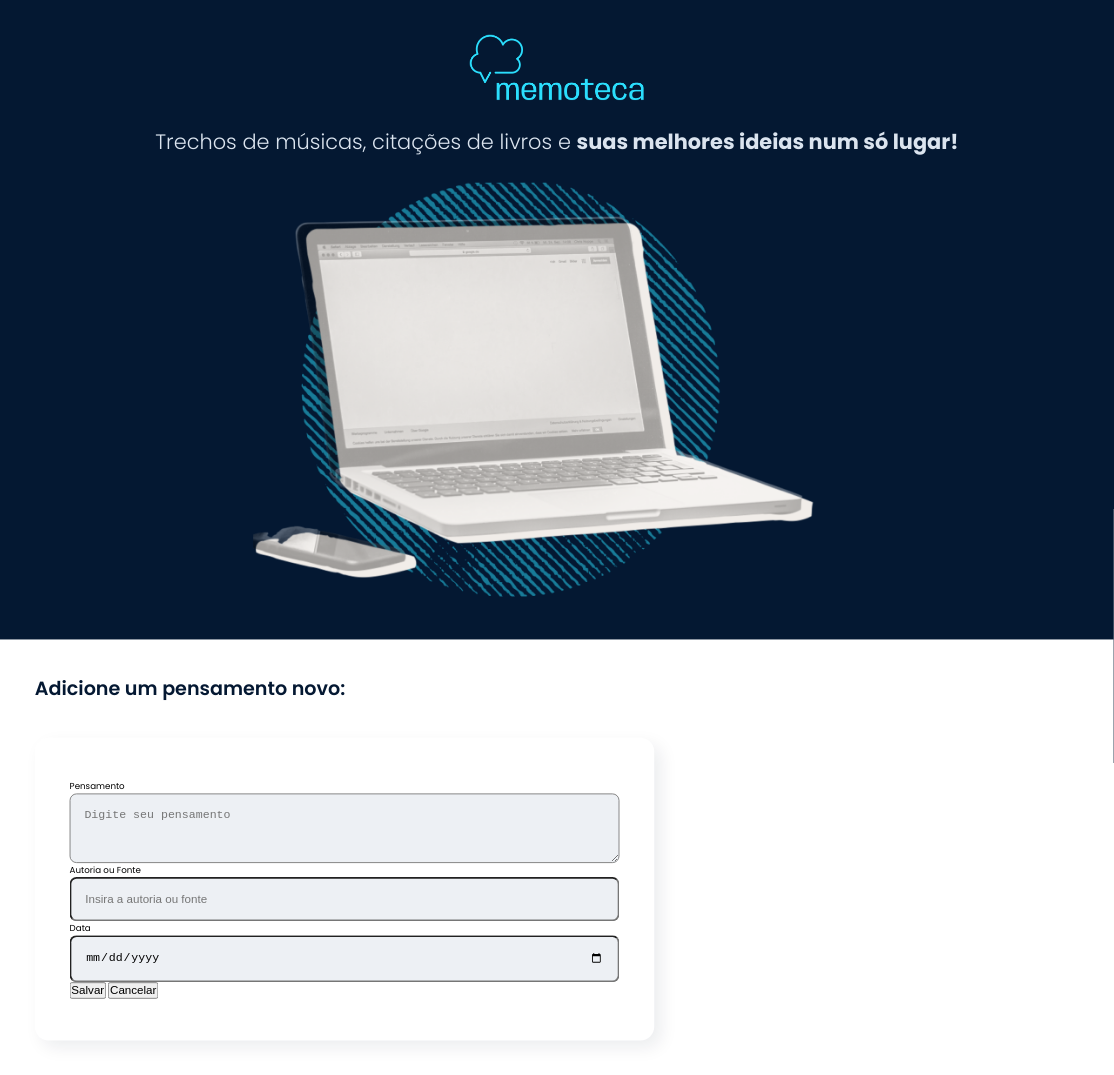
Repository: joaoPraiaJunior/crud_js
Page: index.html
These files come from the project's save history. The page is drawn as it stood at one moment and after the next save; the edit follows.
The browser window is 1280 px wide. The pictures show the whole page, at 87% of full size.

Above is the page before, as saved 2024-09-26 22:47:51.

### index.html
<!doctype html>
<html lang="pt-BR" dir="ltr">
	<head>
		<meta charset="UTF-8">
		<meta name="viewport" content="width=device-width, initial-scale=1">
		<title>CRUD de Pensamentos</title>
		<link rel="preconnect" href="https://fonts.googleapis.com">
		<link rel="preconnect" href="https://fonts.gstatic.com" crossorigin>
		<link href="https://fonts.googleapis.com/css2?family=Poppins:ital,wght@0,100;0,200;0,300;0,400;0,500;0,600;0,700;0,800;0,900;1,100;1,200;1,300;1,400;1,500;1,600;1,700;1,800;1,900&display=swap" rel="stylesheet">
		<link href="https://fonts.googleapis.com/css2?family=Roboto+Mono:ital,wght@0,100..700;1,100..700&display=swap" rel="stylesheet">
		<link rel="stylesheet" href="css/styles.css">
	</head>
	<body>
		<header class="cabecalho">
			<div class="logo">
				<img src="assets/imagens/logo.png" alt="Logo do CRUD meus pensamentos">
				<h1>
					Trechos de músicas,
					citações de livros e
					<strong>suas melhores ideias num só lugar!</strong>
				</h1>
			</div>
			<div class="imagem-cabecalho">
				<img src="assets/imagens/computador-cabecalho.png" aria-hidden="true" alt>
			</div>
		</header>
		<main class="background-overlay">
			<div class="overlay"></div>
			<div class="overlay overlay-color"></div>
			<section>
				<h2>Adicione um pensamento novo:</h2>
				<div id="form-container">
					<form id="pensamento-form" data-js="formulario">
						<input type="hidden" id="pensamento-id" name="id">
						<label for="pensamento-conteudo">Pensamento</label>
						<textarea id="pensamento-conteudo" name="conteudo" placeholder="Digite seu pensamento" minlength="10" maxlength="200" required></textarea>
						<label for="pensamento-autoria"> Autoria ou Fonte </label>
						<input type="text" id="pensamento-autoria" name="autoria" placeholder="Insira a autoria ou fonte" minlength="3" maxlength="15" required>
						<label for="pensamento-data">Data</label>
						<input type="date" name="data" id="pensamento-data" required>
						<div class="form-botoes">
							<button type="submit" id="botao-salvar">Salvar</button>
							<button type="reset" id="botao-cancelar" data-js="botao-resetar-formulario">Cancelar</button>
						</div>
					</form>
				</div>
			</section>
			<!-- <section id="lista-pensamentos-container">
				<h3>Meu Mural</h3>
                <div id="busca-container">
                    <label for="campo-busca">
                        <input type="search" name="busca" id="campo-busca" placeholder="O que você procura?" data-js="busca-pensamento">
                    </label>
                </div>
				<div id="mensagem-vazia" class="mensagem-vazia" data-js="mural-vazio">
					<img src="assets/imagens/lista-vazia.png" alt="Nenhum pensamento disponível">
					<p>Nada por aqui ainda, que tal compartilhar alguma ideia?</p>
				</div>
				<ul id="lista-pensamentos" data-js="lista-de-pensamentos"></ul>
			</section> -->
		</main>
		<!-- <footer>
			<p>&copy; 2024 Desenvolvido por Alura. Projeto fictício sem fins comerciais.</p>
		</footer>

		<script type="module" src="./js/main.js"></script> -->
	</body>
</html>

### css/styles.css
* {
	margin: 0;
	padding: 0;
	box-sizing: border-box;
}

html {
	font-size: 62.5%;
	scroll-behavior: smooth;
}

:root {
	--Baby-blue: #dbe4ef;
	--Azul-Dark: #041832;
	--Cinza-claro: #edf0f4;
	--Cinza-medio: #8f8f8f;
	--Cinza: #444;
	--font-primaria: 'Poppins', sans-serif;
	--font-secundaria: 'Roboto Mono', sans-serif;
}

body {
	font-family: var(--font-primaria);
}

h2,
h3 {
	color: var(--Azul-Dark, #041832);
	font-family: var(--font-primaria);
	font-size: 2.2rem;
	font-style: normal;
	font-weight: 600;
	line-height: normal;
}

header {
	display: flex;
	flex-direction: column;
	justify-content: center;
	align-items: center;
	gap: 3rem;
	background: var(--Azul-Dark, #041832);
	padding: 4rem;
}

.logo {
	display: flex;
	flex-direction: column;
	align-items: center;
	gap: 3rem;
}

.logo img {
	max-width: 20rem;
}

.logo h1 {
	color: var(--Baby-blue, #dbe4ef);
	font-family: var(--font-primaria);
	font-size: 2.4rem;
	font-weight: 300;
	line-height: 3.5rem;
	text-align: center;
}

.imagem-cabecalho img {
	max-width: 100%;
}

main {
	padding: 4rem;
}

#form-container {
	display: flex;
	flex-direction: column;
	align-items: center;
	justify-content: center;
	gap: 4rem;
	background: #fff;
	margin-top: 4rem;
	border-radius: 1.6rem;
	padding: 4.8rem 4rem;
	box-shadow: 8px 8px 20px 0px rgba(4, 24, 50, 0.08);
	width: 100%;
	max-width: 71.2rem;
}

#pensamento-form {
	display: flex;
	flex-direction: column;
	width: 100%;
}

#pensamento-conteudo,
#pensamento-autoria,
#pensamento-data {
	padding: 1.6rem;
	border-radius: 8px;
	background: var(--Cinza-claro, #edf0f4);
}

#pensamento-conteudo {
	min-height: 8rem;
}

#pensamento-data {
	cursor: pointer;
}

/* main {
	padding-top: 12rem;
	flex: 1;
	display: flex;
	flex-direction: column;
	align-items: center;
	position: relative;
	min-height: 280vh;
	box-sizing: border-box;
}

.overlay {
	position: absolute;
	top: 0;
	left: 0;
	width: 100%;
	height: 100%;
	background-image: url('/assets/imagens/background.png');
	background-size: cover;
	opacity: 0.5;
	z-index: -1;
}

.overlay-color {
	background-color: #f4f4f4;
}


.conteudo-cabecalho {
	display: flex;
	justify-content: center;
	gap: 3.2rem;
	align-items: center;
}

header .logo {
	display: flex;
	flex-direction: column;
	gap: 4.8rem;
}

header .logo img {
	max-width: 20rem;
}

header .logo h1 {
	color: var(--Baby-blue, #dbe4ef);
	font-family: var(--font-primaria);
	align-self: center;
	font-size: 5.2rem;
	font-weight: 300;
	line-height: 6.76rem;
}


footer {
	padding: 32px 360px;
	background: #041832;
	color: var(--Baby-blue, #dbe4ef);
	text-align: center;
	width: 100%;
	position: relative;
	left: 0;
}

h2,
h3 {
	color: var(--Azul-Dark, #041832);
	text-align: center;
	font-family: var(--font-primaria);
	font-size: 4.4rem;
	font-style: normal;
	font-weight: 600;
	line-height: normal;
}

#form-container {
	display: flex;
	padding: 4.8rem 4rem;
	flex-direction: column;
	align-items: center;
	gap: 4rem;
	align-self: center;
	justify-content: center;
	border-radius: 16px;
	position: relative;
	background: #fff;
	box-shadow: 8px 8px 20px 0px rgba(4, 24, 50, 0.08);
	width: 100%;
	max-width: 71.2rem;
	margin-top: 4rem;
}


#pensamento-form label {
	margin-bottom: 1.6rem;
	color: var(--Azul-Dark, #041832);
	font-family: var(--font-primaria);
	font-size: 2.2rem;
	font-style: normal;
	font-weight: 600;
	line-height: normal;
}

#pensamento-conteudo::placeholder,
#pensamento-autoria::placeholder {
	color: var(--Cinza-medio, #8f8f8f);
	font-family: var(--font-primaria);
	font-size: 1.6rem;
	font-style: normal;
	font-weight: 400;
	line-height: normal;
}

#pensamento-form textarea,
#pensamento-form input {
	margin-bottom: 2.4rem;
	outline: none;
	border-style: none;
	font-size: 2rem;
	font-family: var(--font-primaria);
}

.form-botoes {
	display: flex;
	justify-content: center;
	gap: 1rem;
	padding-top: 1.6rem;
}

#botao-salvar,
#botao-cancelar {
	padding: 0.8rem 3.2rem;
	border-radius: 3.2rem;
	color: var(--Baby-blue, #dbe4ef);
	font-family: var(--font-primaria);
	font-size: 22px;
	font-style: normal;
	font-weight: 600;
	line-height: normal;
	cursor: pointer;
}

#botao-salvar {
	background: var(--Azul-Dark, #041832);
	min-width: 16rem;
}

#botao-cancelar {
	color: var(--Azul-Dark, #041832);
}

#lista-pensamentos-container {
	width: 100%;
	max-width: 120rem;
	margin: 4rem 0;
}

#lista-pensamentos-container h3 {
	display: flex;
	justify-content: center;
	flex-direction: column;
	margin: 4rem 0;
}

#lista-pensamentos-container h3::before {
	content: '';
	display: inline-block;
	align-self: center;
	width: 18rem;
	height: 0.1rem;
	background: #041832;
	margin: 5.8rem 0 4rem;
}

#lista-pensamentos {
	display: flex;
	flex-wrap: wrap;
	justify-content: space-between;
	row-gap: 3.2rem;
	padding: 0;
	list-style: none;
}

/* .li-pensamento {
	position: relative;
	padding: 1.6rem;
	background: var(--Branco, #fff);
	box-shadow: 0.8rem 0.8rem 0rem 0rem #154580;
	flex: 1 1 calc(33.333% - 24px);
	max-width: calc(33.333% - 24px);
	min-width: 38.4rem;
	min-height: 31.5rem;
	display: flex;
	flex-direction: column;
	overflow-wrap: break-word;
	word-wrap: break-word;
	hyphens: auto;
} */

/* .li-pensamento {
	display: flex;
	flex-direction: column;
	flex: 1 1 calc(33.333% - 24px);
	gap: 1.2rem;
	position: relative;
	background: var(--Branco, #fff);
	box-shadow: 0.8rem 0.8rem 0rem 0rem #154580;
	max-width: calc(33.333% - 2.4rem);
	min-width: 38.4rem;
	min-height: 31.5rem;
	padding: 2.4rem;
}

.icone-aspas {
	width: 6.4rem;
	height: 5rem;
}

.pensamento-conteudo,
.pensamento-autoria,
.pensamento-data {
	color: var(--Cinza, #444);
	font-family: var(--font-secundaria);
	hyphens: auto;
}

.pensamento-conteudo {
	font-size: 1.6rem;
	font-weight: 400;
}

.pensamento-autoria {
	font-size: 1.6rem;
	font-weight: 600;
}

.pensamento-data {
	font-size: 1.2rem;
	font-weight: 500;
	margin-bottom: 4rem;
}

.icones {
	position: absolute;
	bottom: 0;
	align-self: flex-end;
}

.botao-editar,
.botao-excluir,
.botao-favoritar {
	background: none;
	border: none;
	cursor: pointer;
	padding: 0.8rem;
	margin-left: 0.8rem;
}

.botao-editar img,
.botao-excluir img {
	width: 2rem;
	height: 2rem;
}

.botao-favoritar img {
	width: 2.3rem;
}

.mensagem-vazia {
	display: none;
	text-align: center;
	color: var(--Azul-Dark, #041832);
	margin-top: 40px;
}

.mensagem-vazia img {
	max-width: 200px;
	margin-bottom: 20px;
}

.mensagem-vazia p {
	font-family: var(--font-primaria);
	font-size: 2.2rem;
	font-weight: 400;
	line-height: 3.3rem;
	text-align: center;
}

#busca-container {
	display: flex;
	align-items: center;
	width: 100%;
	max-width: 60rem;
	margin: 5.6rem auto;
	padding: 0 1.6rem;
}

#busca-container label {
	display: flex;
	align-items: center;
}

#campo-busca {
	flex: 1;
	width: 57.2rem;
	height: 4.8rem;
	padding: 0.8rem 4.5rem;
	border-radius: 3.2rem;
	border: 0.1rem solid #144480;
	font-family: var(--font-primaria);
	font-size: 1.6rem;
	font-weight: 400;
	outline: none;
}

#busca-container label::before {
	content: url('../assets/imagens/lupa.png');
	display: block;
	position: relative;
	left: 3.5rem;
	width: 2.4rem;
	height: 2.4rem;
}  */

After the next save:
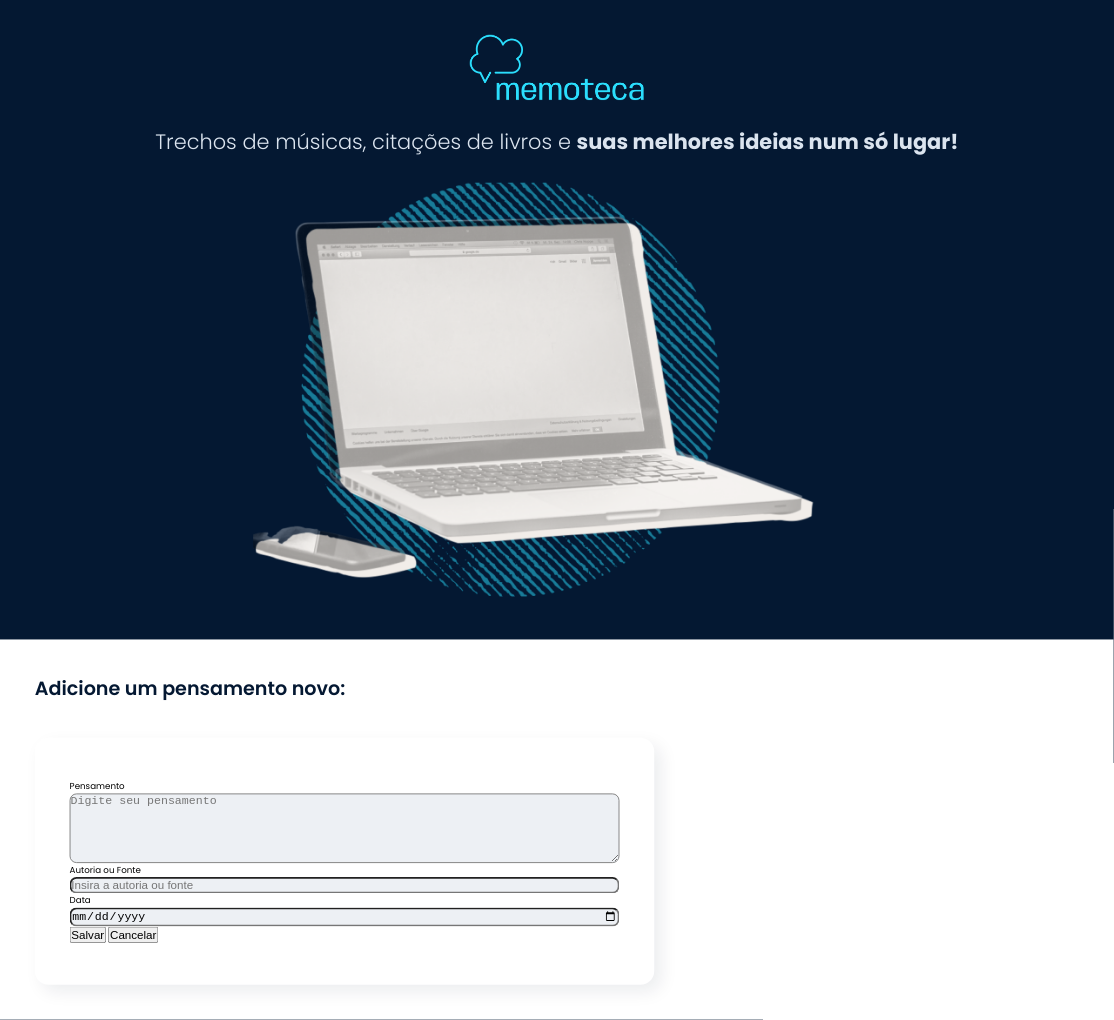
Saved 20 s later.
--- a/css/styles.css
+++ b/css/styles.css
@@ -95,7 +95,6 @@
 #pensamento-conteudo,
 #pensamento-autoria,
 #pensamento-data {
-	padding: 1.6rem;
 	border-radius: 8px;
 	background: var(--Cinza-claro, #edf0f4);
 }

After the save that followed:
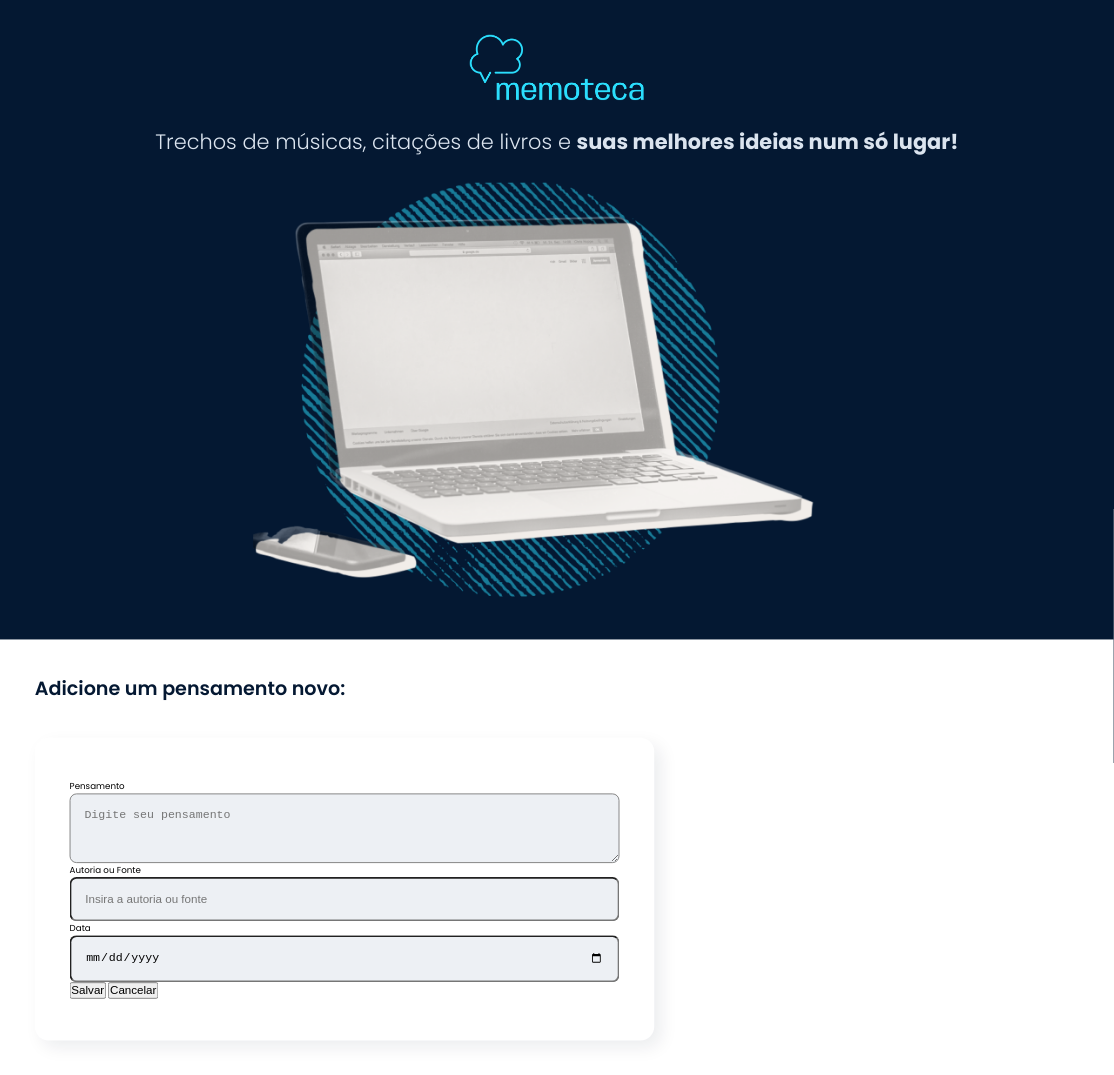
Saved 4 s later.
--- a/css/styles.css
+++ b/css/styles.css
@@ -95,6 +95,7 @@
 #pensamento-conteudo,
 #pensamento-autoria,
 #pensamento-data {
+	padding: 1.6rem;
 	border-radius: 8px;
 	background: var(--Cinza-claro, #edf0f4);
 }
